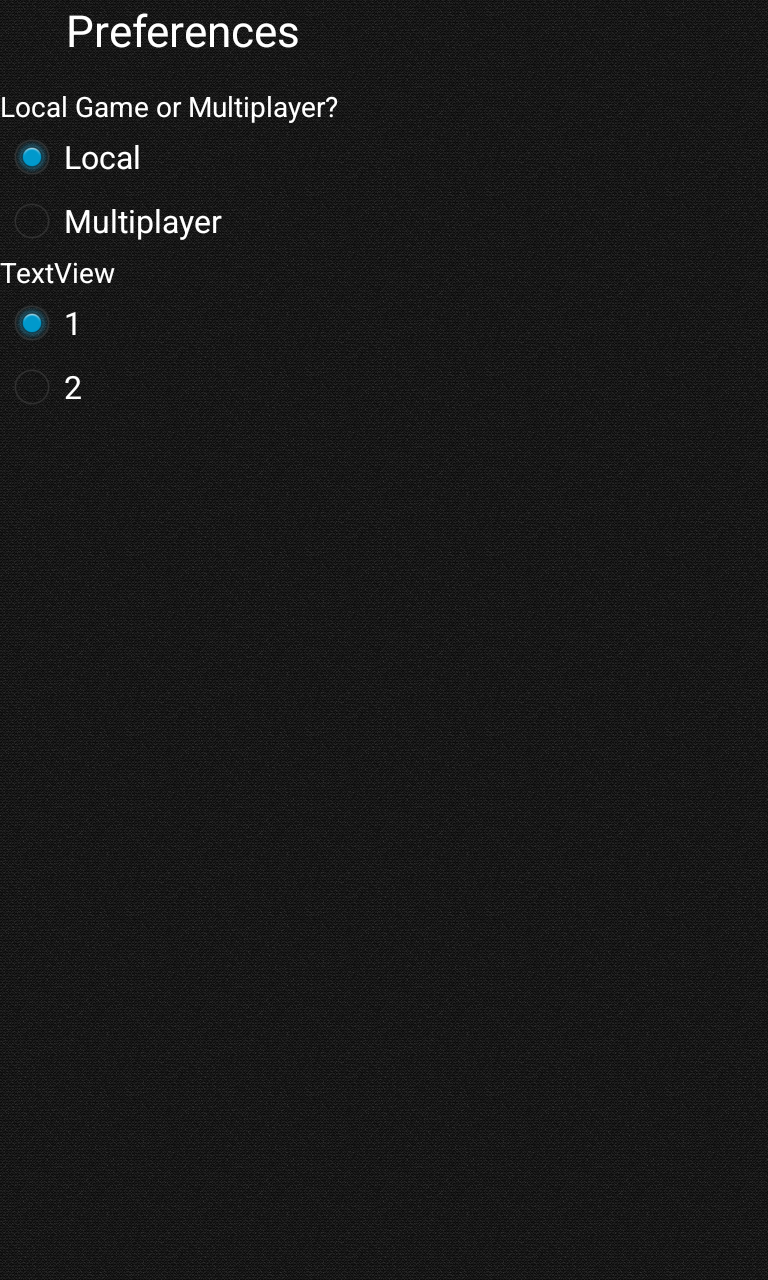
Repository: Tacohen/Killbots
Layout: Killbots/res/layout/settings.xml
An editor plug-in stored every save of this project. The layout is shown before and after the next save, followed by the edit.
It is drawn on a 768 x 1280 px phone screen (xhdpi) without system bars, with theme AppTheme; the app's code is not run.

Above is the layout before, as saved 2013-12-14 03:02:09.

After the next save:
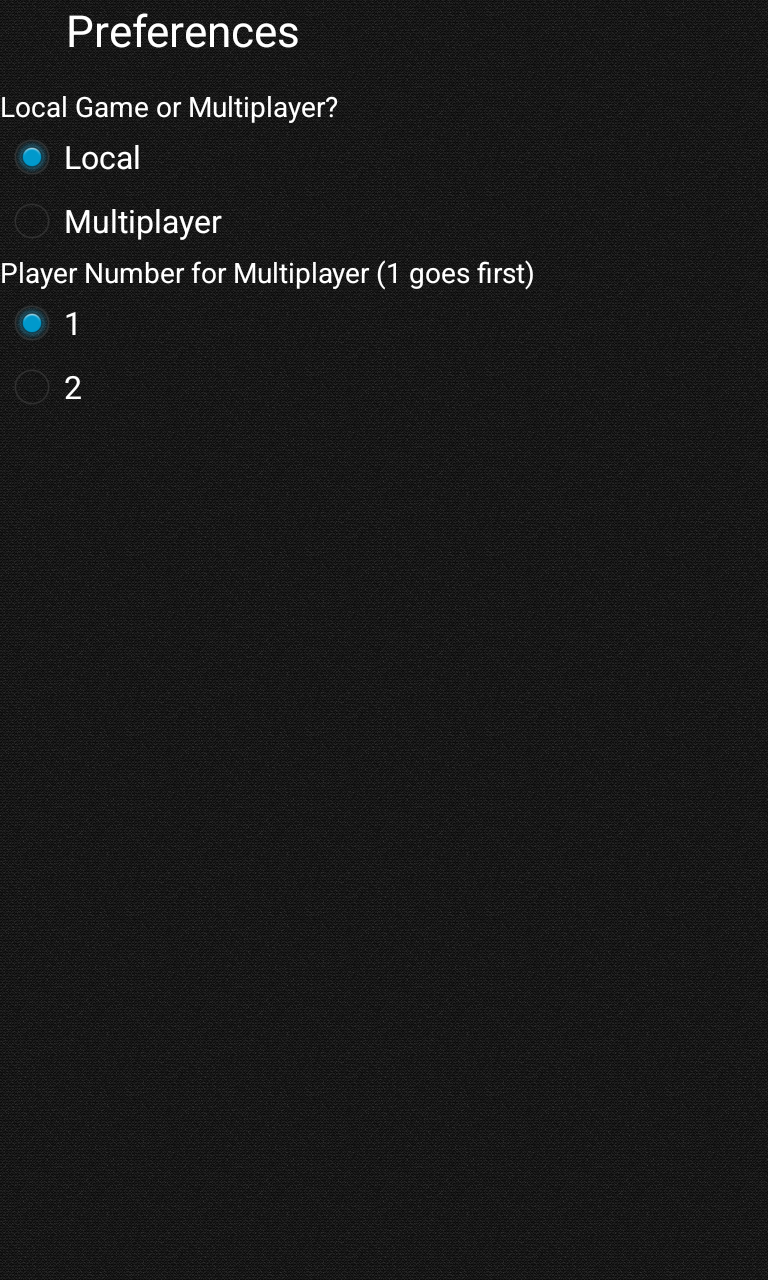
Saved 19 s later.
--- a/Killbots/res/layout/settings.xml
+++ b/Killbots/res/layout/settings.xml
@@ -68,7 +68,7 @@
         android:layout_alignParentLeft="true"
         android:layout_alignTop="@+id/checkedid"
         android:textColor="@android:color/white"
-        android:text="TextView" />
+        android:text="Player Number for Multiplayer (1 goes first)" />
 
         <RadioGroup
         android:id="@+id/radioGroupUnitsPlayerNumber"
